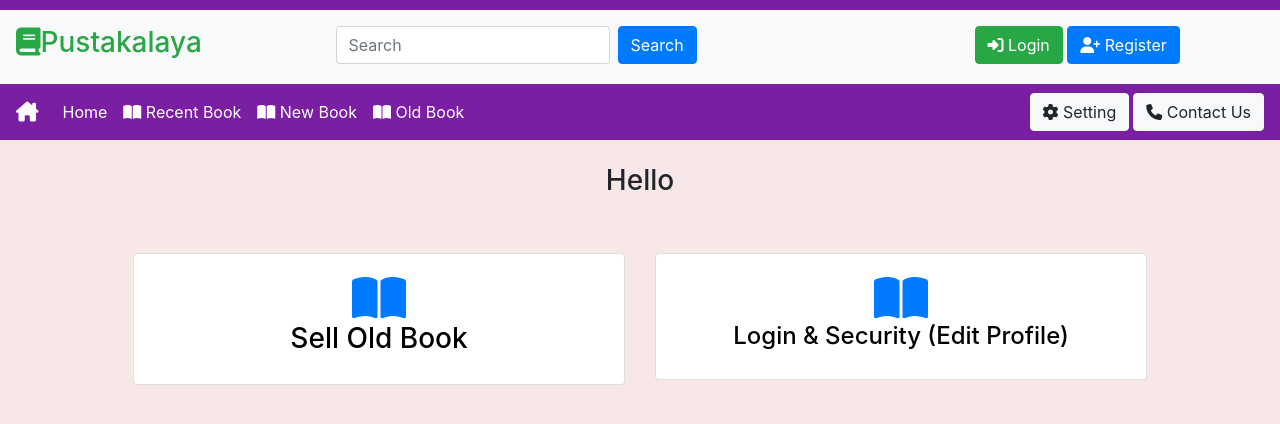
Repository: kalaprabhakar/Pustakalay_Web_Application
Page: http://localhost/E_Book_Management/setting.jsp
The author's editor kept a copy of each file at every save. The page is drawn from the files as they stood at one save, then again after the next save.
The browser window is 1280 px wide. The pictures show the whole page.
Some web libraries are served in a nearby version. The page is served by Tomcat 10.

Above is the page before, as saved 2024-02-28 13:41:46.

After the next save:
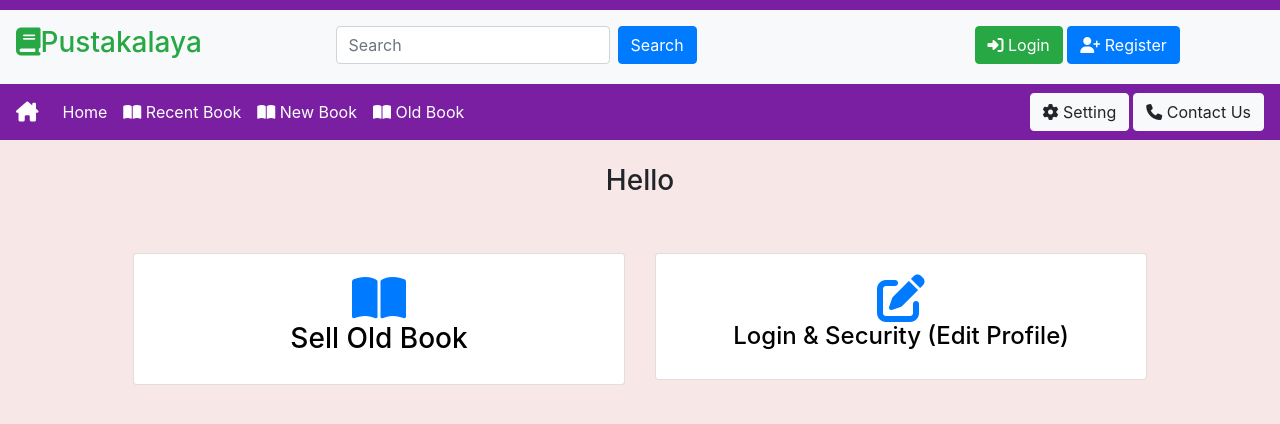
Saved 66 s later.
--- a/E_Book_Management/src/main/webapp/setting.jsp
+++ b/E_Book_Management/src/main/webapp/setting.jsp
@@ -47,7 +47,7 @@ a:hover {
 				<a href="#">
 					<div class="card">
 						<div class="card-body text-center">
-							<div class="text-primary"><i class="fa-solid fa-book-open fa-3x"></i></div>
+							<div class="text-primary"><i class="fa-solid fa-pen-to-square fa-3x"></i></div>
 							<h4>Login & Security (Edit Profile)</h4>
 						</div>
 					</div>
